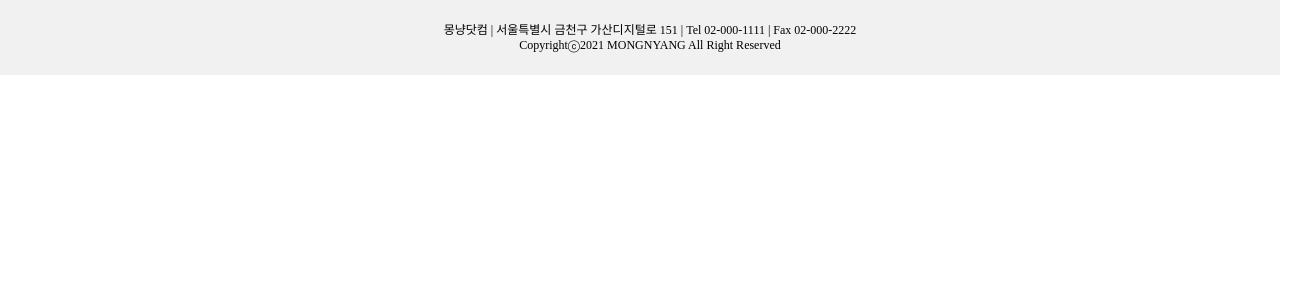
Repository: yl9517/2021.08.10_MONGNYANG_JSP
Page: http://localhost/mongNyang/footer.jsp
An editor plug-in stored every save of this project. The page is shown before and after the next save, followed by the edit.
The browser window is 1280 px wide. The page is 1300 px wide, so the pictures cover 1300 px, including what lies to the right of the window. The pictures show the whole page.
The page is served by Tomcat 9.

Above is the page before, as saved 2021-08-13 12:44:00.

After the next save:
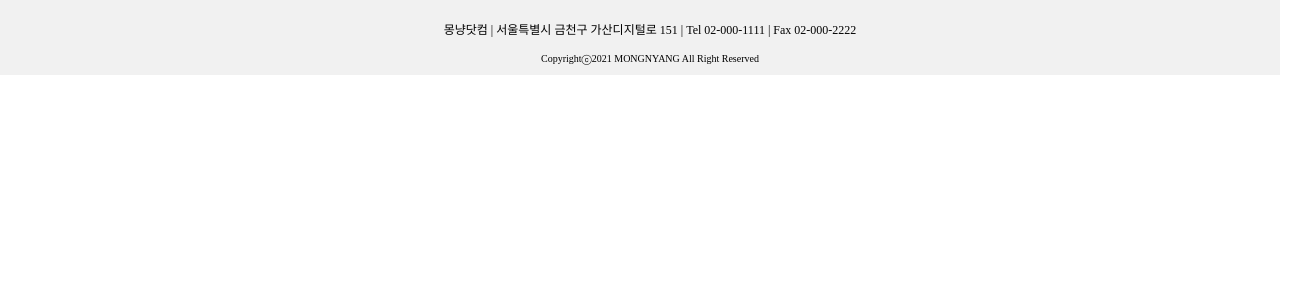
Saved 9 s later.
--- a/mongNyang/WebContent/css/footer.css
+++ b/mongNyang/WebContent/css/footer.css
@@ -23,7 +23,7 @@ footer{
 #foot #shopInfo p{
 	font-size: 12px;
 }
-#foot #shopInfo p:nth-last-child(){
+#foot #shopInfo p:last-child{
 	font-size: 10px;
 	margin-top: 15px;
 }
